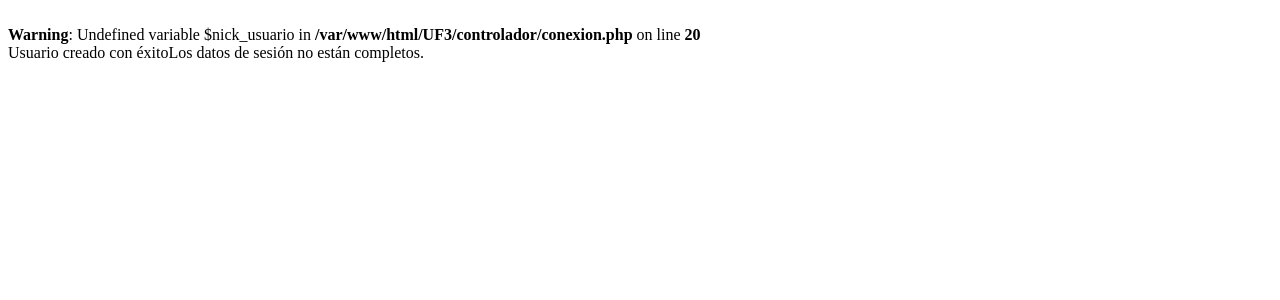
Repository: izhanlaraagarcia/BBDD-Biblioteca
Page: http://localhost/UF3/sesiones/confirmarUsuario.php
These files come from the project's save history. The page is drawn as it stood at one moment and after the next save; the edit follows.
The browser window is 1280 px wide. The pictures show the whole page.
The page is run by PHP 8.4 with error messages shown; the project is at /var/www/html/. Queries for data that is not in the repository find no rows.

Above is the page before, as saved 2024-11-12 21:46:01.

### UF3/sesiones/confirmarUsuario.php
<?php
session_start();
include '../controlador/conexion.php';
include "../data/bibliotecaBD.php";
// Verificar si el formulario fue enviado y se ha hecho clic en el botón "confirmar"
if (isset($_POST['confirmar'])) {
    // Guardar los datos en la sesión
    $_SESSION['nombre'] = $_POST['nombre'];
    $_SESSION['edad'] = $_POST['edad'];
    $_SESSION['nick'] = $_POST['nick'];
    $_SESSION['pwd'] = password_hash($_POST['pwd'], PASSWORD_DEFAULT); // Encriptar la contraseña antes de guardarla en la sesión
}

// Verificar si los datos existen en la sesión antes de mostrarlos
if (!isset($_SESSION['nombre']) || !isset($_SESSION['edad']) || !isset($_SESSION['nick'])) {
    echo "Los datos de sesión no están completos.";
    exit();
}

// Variable para mostrar la etiqueta correspondiente de edad
$etiquetaEdad = "";
$imagenJoven = "";

if ($_SESSION['edad'] >= 15 && $_SESSION['edad'] <= 20) {
    $etiquetaEdad = " (joven)";
    $imagenJoven = '<img src="../img/line-icon-for-youth-vector.jpg" alt="icono joven" width="20">';
} elseif ($_SESSION['edad'] > 60) {
    $etiquetaEdad = " (senior)";
}

if (isset($_POST['confirmado'])) {
    try {
        // Preparar la consulta SQL
        $nombre = $_SESSION['nombre'];
        $edad = $_SESSION['edad'];
        $nick = $_SESSION['nick'];
        $pwd = $_SESSION['pwd'];

        // Crear la consulta SQL
        $consulta = "INSERT INTO usuarios (nombre, edad, nick_usuario, contrasena) VALUES ('$nombre', $edad, '$nick', '$pwd')";

        // Ejecutar la consulta usando el método de la clase BibliotecaBD
        if (BibliotecaBD::consultarInsertar($consulta)) {
            echo '<p>El usuario se ha registrado en la base de datos exitosamente.</p>';
        } else {
            echo "Error al insertar usuario.";
        }


        // Confirmación de creación en la base de datos
        echo '<p>El usuario se ha registrado en la base de datos exitosamente.</p>';
    } catch (PDOException $e) {
        echo "Error al insertar usuario: " . $e->getMessage();
    }


    $nick = $_SESSION['nick'];

    // Verificar si el nick_usuario ya existe
    $consultaExistencia = "SELECT COUNT(*) AS total FROM usuarios WHERE nick_usuario = '$nick'";
    $resultado = $conexion->query($consultaExistencia);
    $fila = $resultado->fetch_assoc();

    if ($fila['total'] > 0) {
        echo "Error: El nombre de usuario ya existe.";
    } else {
        // Insertar el usuario si el nombre de usuario no existe
        $consulta = "INSERT INTO usuarios (nombre, edad, nick_usuario, contrasena) VALUES ('$nombre', $edad, '$nick', '$pwd')";
        if ($conexion->query($consulta) === TRUE) {
            echo "Usuario registrado correctamente.";
        } else {
            echo "Error al insertar usuario: " . $conexion->error;
        }
    }
    // Código HTML para mostrar la confirmación final
    echo '
    <!DOCTYPE html>
    <html lang="es">
    <head>
        <meta charset="UTF-8">
        <meta name="viewport" content="width=device-width, initial-scale=1.0">
        <title>LibroSphere - Confirmación de Usuario</title>
        <style>
            body {
                font-family: Arial, sans-serif;
                text-align: center;
                background-color: #f4f4f4;
                color: #333;
            }
            .logo {
                font-size: 24px;
                margin-top: 50px;
                font-weight: bold;
            }
            .logo span {
                color: #000;
                background-color: #ccc;
                padding: 2px 5px;
                border-radius: 50%;
            }
            h2 {
                color: #555;
            }
            .contenedor {
                margin: 20px auto;
                padding: 20px;
                background-color: white;
                border-radius: 10px;
                width: 50%;
                box-shadow: 0px 0px 15px rgba(0, 0, 0, 0.1);
            }
            a {
                text-decoration: none;
                color: #333;
                font-weight: bold;
            }
            a:hover {
                text-decoration: underline;
            }
            .boton {
                margin-top: 20px;
            }
            .edad-icono {
                font-size: 20px;
            }
        </style>
    </head>
    <body>
        <div class="logo">
            LibroSphere <span>Tu biblioteca en línea</span>
        </div>
        <div class="contenedor">
            <h2>El usuario ' . htmlspecialchars($_SESSION['nick']) . ' ha sido creado satisfactoriamente</h2>
            <p>Nombre: ' . htmlspecialchars($_SESSION['nombre']) . '</p>
            <p>Edad: ' . htmlspecialchars($_SESSION['edad']) . ' ' . $etiquetaEdad . ' ' . $imagenJoven . '</p>
            <div class="boton">
                <a href="../index.php">Volver a la página de inicio</a>
            </div>
        </div>
    </body>
    </html>';
    exit();
}


// Verificar si el usuario ha cancelado
if (isset($_POST['cancelar'])) {
    // Redirigir al formulario de registro en caso de cancelación
    header("Location: ./altaUsuario.php");
    exit();
}
?>

<!DOCTYPE html>
<html lang="es">

<head>
    <meta charset="UTF-8">
    <meta name="viewport" content="width=device-width, initial-scale=1.0">
    <title>Revisar Datos</title>
    <link rel="stylesheet" href="./styles/confirmar.css">
</head>

<body>
    <div class="container">
        <?php include '../include/cabecera.html'; ?>

        <h2>Revisar Datos del Usuario</h2>

        <form method="post" action="confirmarUsuario.php">
            <label for="nombre">Nombre:</label>
            <input type="text" name="nombre" value="<?php echo htmlspecialchars($_SESSION['nombre']); ?>" required>

            <label for="edad">Edad:</label>
            <input type="number" name="edad" value="<?php echo htmlspecialchars($_SESSION['edad']); ?>" required>

            <label for="nick">Nombre de usuario:</label>
            <input type="text" name="nick" value="<?php echo htmlspecialchars($_SESSION['nick']); ?>" required>

            <label for="pwd">Contraseña:</label>
            <input type="password" name="pwd" placeholder="********">

            <br><br>

            <!-- Botón para confirmar -->
            <button type="submit" name="confirmado">Confirmar y Guardar</button>

            <!-- Botón para cancelar y volver al formulario -->
            <button type="submit" name="cancelar">Cancelar</button>
        </form>
    </div>

    <footer>
        <!-- Puntos decorativos o iconos -->
        <div class="dots">
            <img src="ruta/a/icono1.png" alt="Icono 1">
            <img src="ruta/a/icono2.png" alt="Icono 2">
        </div>
    </footer>
</body>

</html>

### UF3/controlador/conexion.php
<?php
// Conexión a la base de datos
$conn = new mysqli("localhost", "root", "1234", "biblioteca");

if ($conn->connect_error) {
    die("Error de conexión: " . $conn->connect_error);
}

// Datos del formulario
$nombre = isset($_POST['nombre']) ? $_POST['nombre'] : null;
$edad = isset($_POST['edad']) ? $_POST['edad'] : null;
$nick = isset($_POST['nick']) ? $_POST['nick'] : null;
$contrasena = isset($_POST['contrasena']) ? $_POST['contrasena'] : null;

// Verificar si el nick_usuario ya existe
$check_nick = "SELECT * FROM usuarios WHERE nick_usuario = '$nick'";
$result = $conn->query($check_nick);

// Consulta para insertar el usuario
$sql = "INSERT INTO usuarios (nombre, edad, nick_usuario, contrasena) VALUES ('$nombre', '$edad', '$nick_usuario', '$contrasena')";

if ($conn->query($sql) === TRUE) {
    echo "Usuario creado con éxito";
} else {
    echo "Error al crear el usuario: " . $conn->error;
}

$conn->close();
?>

### UF3/data/bibliotecaBD.php
<?php
class BibliotecaBD {
    public static function consultarInsertar($consulta) {
        try {
            $pdo = new PDO('mysql:host=localhost;dbname=biblioteca', 'root', '1234');
            $pdo->setAttribute(PDO::ATTR_ERRMODE, PDO::ERRMODE_EXCEPTION);
            $stmt = $pdo->prepare($consulta);
            return $stmt->execute();
        } catch (PDOException $e) {
            echo 'Error en la conexión: ' . $e->getMessage();
            return false;
        }
    }
}
?>

After the next save:
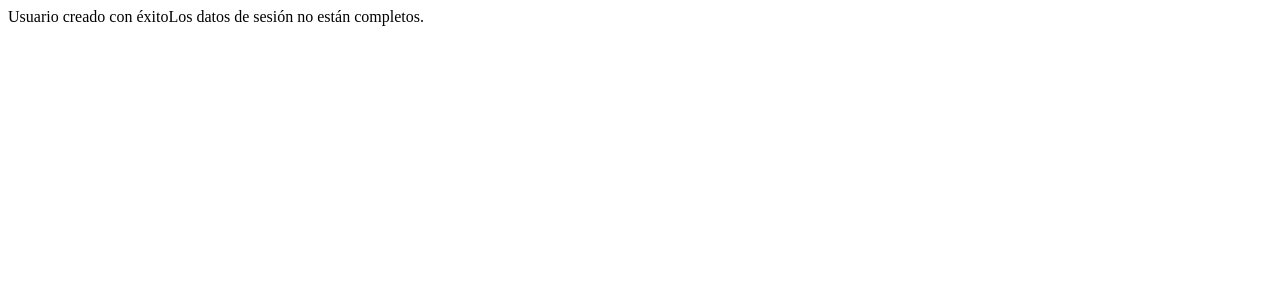
Saved 46 s later.
--- a/UF3/controlador/conexion.php
+++ b/UF3/controlador/conexion.php
@@ -8,7 +8,7 @@ if ($conn->connect_error) {
 
 // Datos del formulario
 $nombre = isset($_POST['nombre']) ? $_POST['nombre'] : null;
-$edad = isset($_POST['edad']) ? $_POST['edad'] : null;
+$edad = isset($_POST['edad']) ? (int)$_POST['edad'] : null;  // Aseguramos que edad sea un número entero
 $nick = isset($_POST['nick']) ? $_POST['nick'] : null;
 $contrasena = isset($_POST['contrasena']) ? $_POST['contrasena'] : null;
 
@@ -16,13 +16,17 @@ $contrasena = isset($_POST['contrasena']) ? $_POST['contrasena'] : null;
 $check_nick = "SELECT * FROM usuarios WHERE nick_usuario = '$nick'";
 $result = $conn->query($check_nick);
 
-// Consulta para insertar el usuario
-$sql = "INSERT INTO usuarios (nombre, edad, nick_usuario, contrasena) VALUES ('$nombre', '$edad', '$nick_usuario', '$contrasena')";
+if ($result && $result->num_rows > 0) {
+    echo "El nick de usuario ya está en uso. Por favor elige otro.";
+} else {
+    // Consulta para insertar el usuario
+    $sql = "INSERT INTO usuarios (nombre, edad, nick_usuario, contrasena) VALUES ('$nombre', '$edad', '$nick', '$contrasena')";
 
-if ($conn->query($sql) === TRUE) {
-    echo "Usuario creado con éxito";
-} else {
-    echo "Error al crear el usuario: " . $conn->error;
+    if ($conn->query($sql) === TRUE) {
+        echo "Usuario creado con éxito";
+    } else {
+        echo "Error al crear el usuario: " . $conn->error;
+    }
 }
 
 $conn->close();
